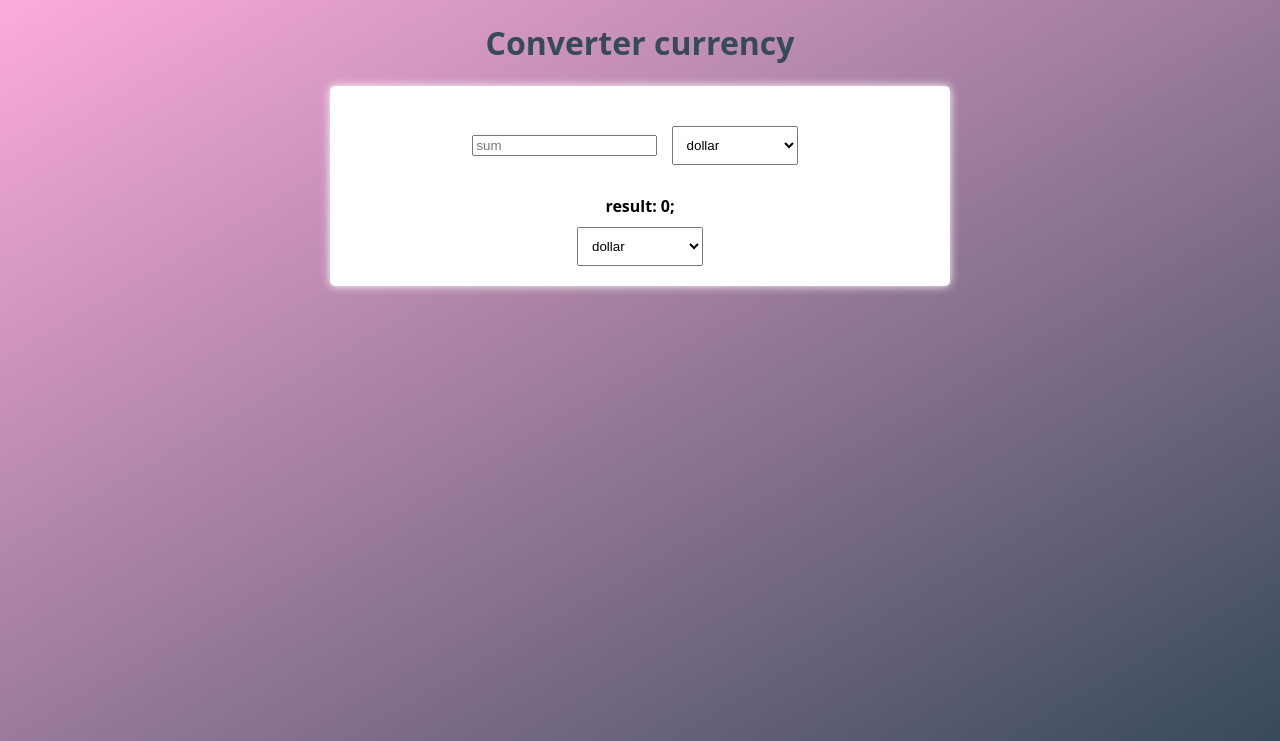
Repository: qtqqrdy13/converter_currerncy
Page: index.html
These files come from the project's save history. The page is drawn as it stood at one moment and after the next save; the edit follows.
The browser window is 1280 px wide. The pictures show the whole page.

Above is the page before, as saved 2023-10-30 15:10:19.
Console error: TypeError: Cannot read properties of null (reading 'addEventListener')

### index.html
<!DOCTYPE html>
<html lang="en">
<head>
    <meta charset="UTF-8">
    <title>Document</title>
    <link rel="stylesheet" href="style.css">
</head>
<body>
    <h1>Converter currency</h1>
    <div class="converter">
        <div class="input">
            <input type="number" id="amount" placeholder="sum">
            <select name="" id="from_currency">
                <option value="USD">dollar</option>
                <option value="EUR">euro</option>
                <option value="UAH">grivna</option>
                <option value="ZL">zloty</option>
                <option value="GBP">pound sterling</option>
            </select>

        </div>
        <div class="output">
            <div id="result">
                result: 0;
            </div>
            <select name="" id="from_currency">
                <option value="USD">dollar</option>
                <option value="EUR">euro</option>
                <option value="UAH">grivna</option>
                <option value="ZL">zloty</option>
                <option value="GBP">pound sterling</option>
            </select>


        </div>
    </div>
    <script src="script.js"></script>

</body>
</html>

### style.css
body{
    font-family: system-ui, -apple-system, BlinkMacSystemFont, 'Segoe UI', Roboto, Oxygen, Ubuntu, Cantarell, 'Open Sans', 'Helvetica Neue', sans-serif;
    text-align: center;
    background-image: linear-gradient(to bottom right, #FDABDD, #374A5A);
    background-repeat: no-repeat;
    margin: 0;
    padding: 0;
    height: 100%;
    min-height: 100vh;
}
h1{
    color: #374A5A;
}
.converter{
    padding: 10px;
    background-color: white;
    margin: 20px auto;
    box-shadow: 0 0 10px white;
    border-radius: 5px;
    max-width: 600px;
}
.input .output{
    display: flex;
    align-items: center;
    margin: 10px 0;
}
.input,select{
    padding: 10px;
    margin: 10px;

}
#result{
    font-weight:bold ;
    color: black;

}

### script.js
const exchangeRates = {
    USD: 1,
    UAH: 36.42,
    EUR: 0.94,
    ZL: 4.21,
    GBP: 0.82,
}
function convertCurrency(){
    const amount = parseFloat(document.getElementById("amount").value);
    const from_currency = document.getElementById("from_currency").value;
    const to_currency = document.getElementById("to_currency").value;
    const  result = (amount / exchangeRates[from_currency]) * exchangeRates[to_currency];
    document.getElementById("result").textContent = `Result: ${result.toFixed(2)} ${to_currency}`;
}
document.getElementById("amount").addEventListener("input", convertCurrency);
document.getElementById("from_currency").addEventListener("change",convertCurrency);
document.getElementById("to_currency").addEventListener("change",convertCurrency);
convertCurrency();

After the next save:
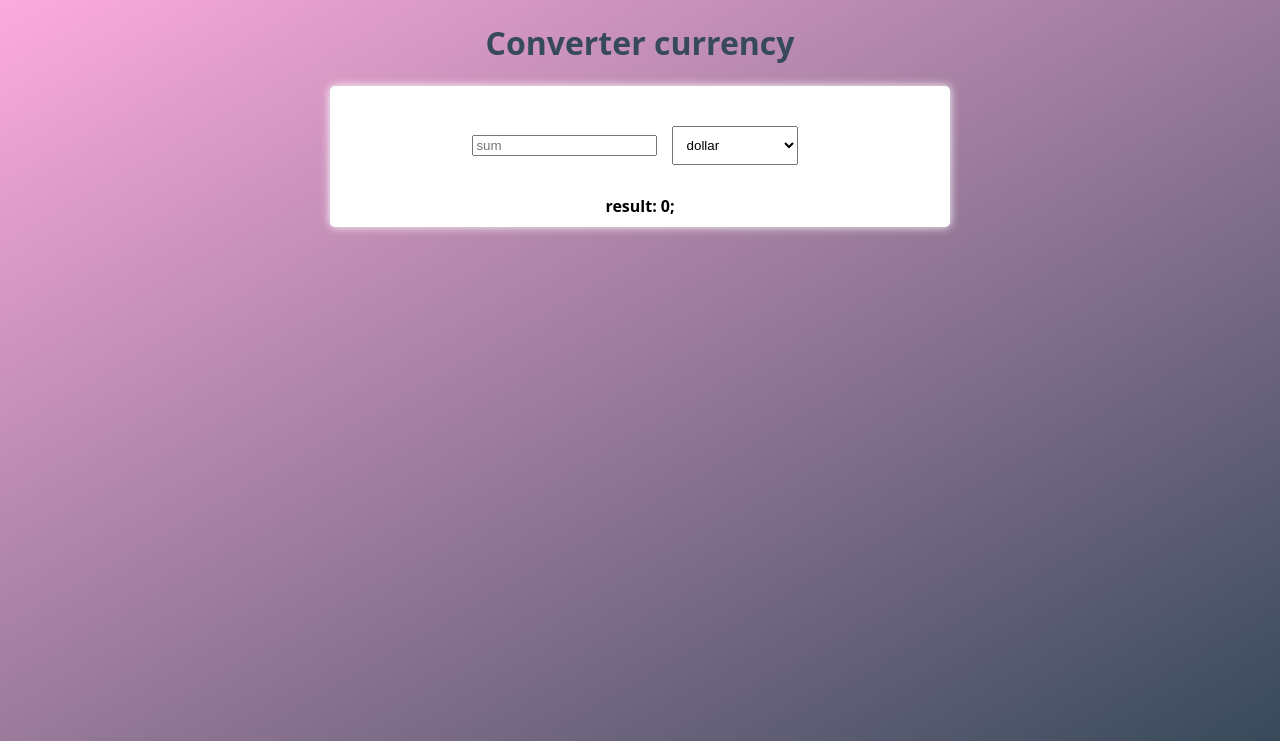
Saved 13 s later.
--- a/index.html
+++ b/index.html
@@ -23,15 +23,6 @@
             <div id="result">
                 result: 0;
             </div>
-            <select name="" id="from_currency">
-                <option value="USD">dollar</option>
-                <option value="EUR">euro</option>
-                <option value="UAH">grivna</option>
-                <option value="ZL">zloty</option>
-                <option value="GBP">pound sterling</option>
-            </select>
-
-
         </div>
     </div>
     <script src="script.js"></script>

After the save that followed:
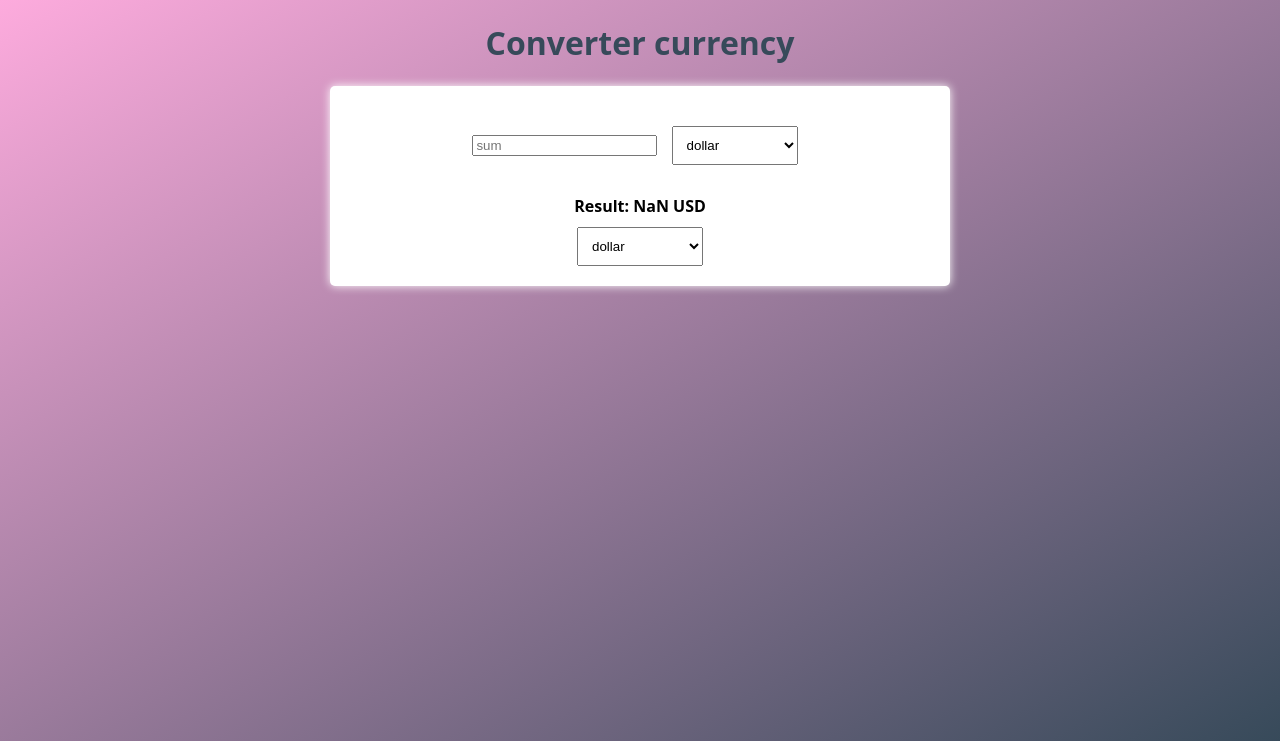
The error is gone.
Saved 40 s later.
--- a/index.html
+++ b/index.html
@@ -23,6 +23,15 @@
             <div id="result">
                 result: 0;
             </div>
+            <select name="" id="to_currency">
+                <option value="USD">dollar</option>
+                <option value="EUR">euro</option>
+                <option value="UAH">grivna</option>
+                <option value="ZL">zloty</option>
+                <option value="GBP">pound sterling</option>
+            </select>
+
+
         </div>
     </div>
     <script src="script.js"></script>
